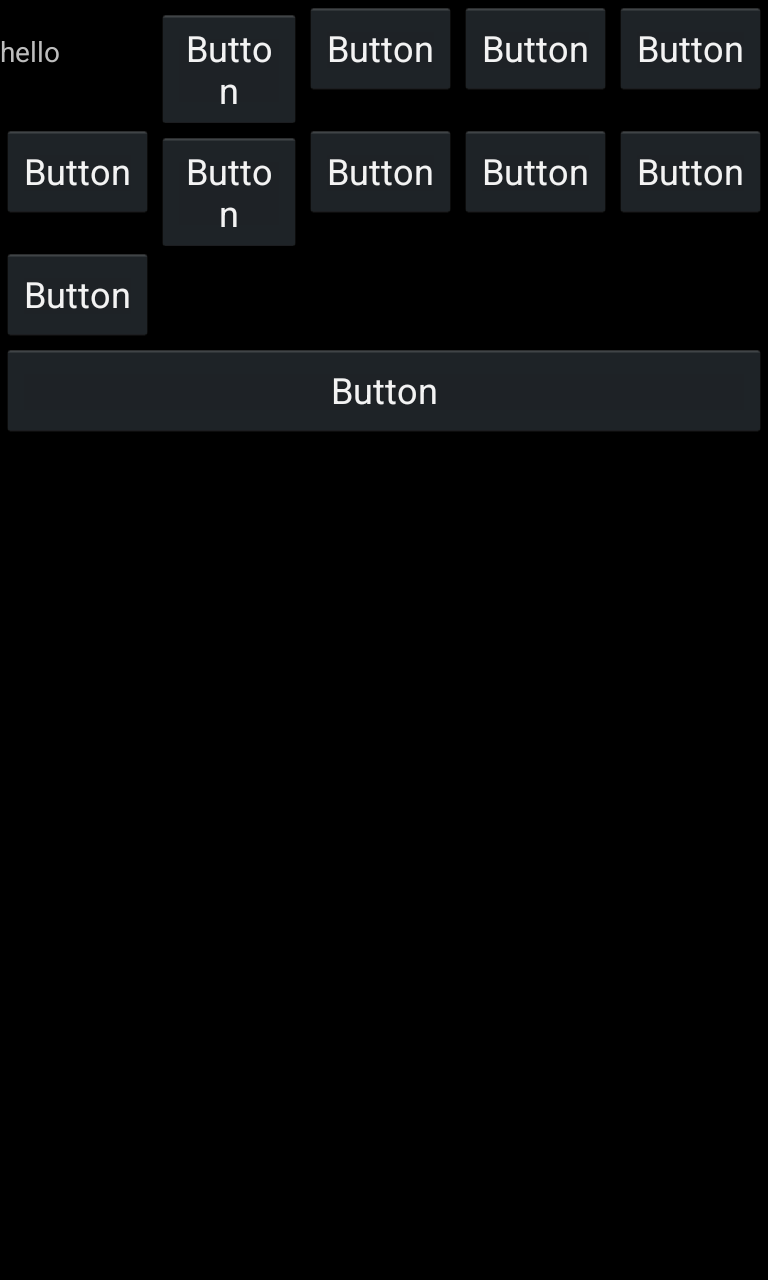
Repository: GuangmingChan/DevelopAndroidApp
Layout: demoTableLayout3/res/layout/main.xml
These files come from the project's save history. The layout is drawn as it stood at one moment and after the next save; the edit follows.
It is drawn on a 768 x 1280 px phone screen (xhdpi) without system bars, with theme android:Theme.Holo; the app's code is not run.

Above is the layout before, as saved 2017-03-28 03:03:48.

### demoTableLayout3/res/layout/main.xml
<?xml version="1.0" encoding="utf-8"?>
<TableLayout xmlns:android="http://schemas.android.com/apk/res/android"
    android:layout_width="fill_parent"
    android:layout_height="fill_parent"
    android:shrinkColumns="1"
    android:orientation="vertical" >

    <TableRow >
        <TextView
        android:layout_width="wrap_content"
        android:layout_height="wrap_content"
        android:text="hello" />

    <Button
        android:id="@+id/button1"
        android:layout_width="wrap_content"
        android:layout_height="wrap_content"
        android:text="Button" />

    <Button
        android:id="@+id/button2"
        android:layout_width="wrap_content"
        android:layout_height="wrap_content"
        android:text="Button" />

    <Button
        android:id="@+id/button6"
        android:layout_width="wrap_content"
        android:layout_height="wrap_content"
        android:text="Button" />

    <Button
        android:id="@+id/button9"
        android:layout_width="50dp"
        android:layout_height="wrap_content"
        android:text="Button" />

    </TableRow>

	<TableRow>
	    <Button
        android:id="@+id/button3"
        android:layout_width="wrap_content"
        android:layout_height="wrap_content"
        android:text="Button" />

    <Button
        android:id="@+id/button4"
        android:layout_width="wrap_content"
        android:layout_height="wrap_content"
        android:text="Button" />

    <Button
        android:id="@+id/button5"
        android:layout_width="wrap_content"
        android:layout_height="wrap_content"
        android:text="Button" />

    <Button
        android:id="@+id/button7"
        android:layout_width="wrap_content"
        android:layout_height="wrap_content"
        android:text="Button" />

    <Button
        android:id="@+id/button10"
        android:layout_width="wrap_content"
        android:layout_height="wrap_content"
        android:text="Button" />

	</TableRow>
	<TableRow>

		<Button
		    android:id="@+id/button8"
		    android:layout_width="wrap_content"
		    android:layout_height="wrap_content"
		    android:text="Button" />

	</TableRow>
    <Button
		    android:id="@+id/button8"
		    android:layout_width="wrap_content"
		    android:layout_height="wrap_content"
		    android:text="Button" />

</TableLayout>

After the next save:
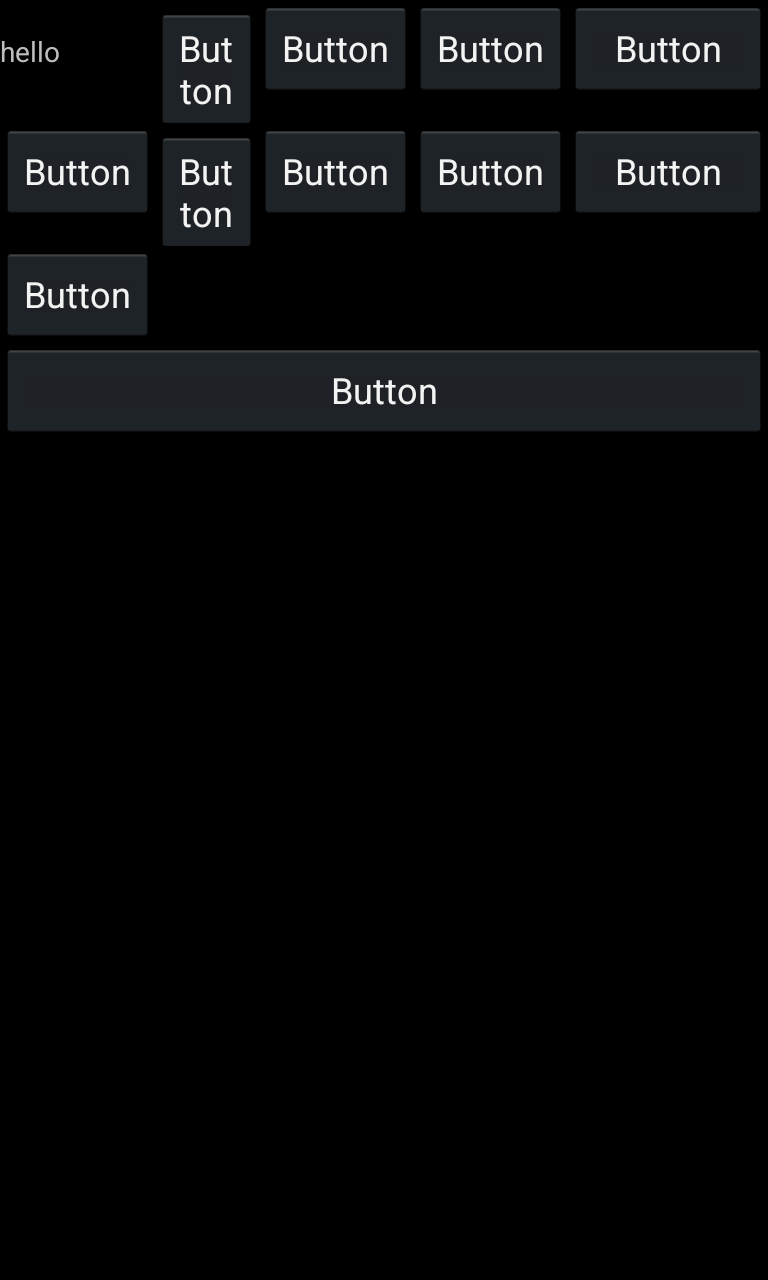
Saved 17 s later.
--- a/demoTableLayout3/res/layout/main.xml
+++ b/demoTableLayout3/res/layout/main.xml
@@ -31,7 +31,7 @@
 
     <Button
         android:id="@+id/button9"
-        android:layout_width="50dp"
+        android:layout_width="100dp"
         android:layout_height="wrap_content"
         android:text="Button" />
 
@@ -64,7 +64,7 @@
 
     <Button
         android:id="@+id/button10"
-        android:layout_width="wrap_content"
+        android:layout_width="100dp"
         android:layout_height="wrap_content"
         android:text="Button" />
 

After the save that followed:
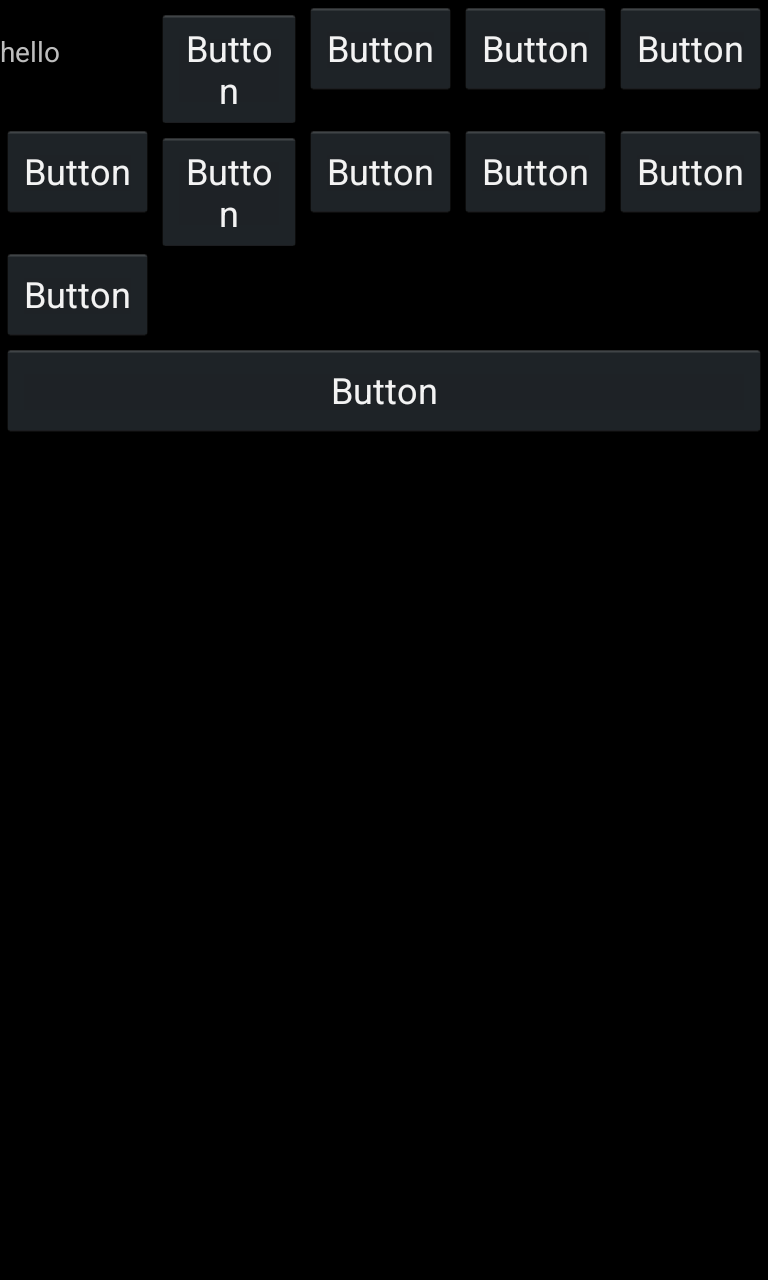
Saved 38 s later.
--- a/demoTableLayout3/res/layout/main.xml
+++ b/demoTableLayout3/res/layout/main.xml
@@ -31,7 +31,7 @@
 
     <Button
         android:id="@+id/button9"
-        android:layout_width="100dp"
+        android:layout_width="wrap_content"
         android:layout_height="wrap_content"
         android:text="Button" />
 
@@ -64,7 +64,7 @@
 
     <Button
         android:id="@+id/button10"
-        android:layout_width="100dp"
+        android:layout_width="wrap_content"
         android:layout_height="wrap_content"
         android:text="Button" />
 
